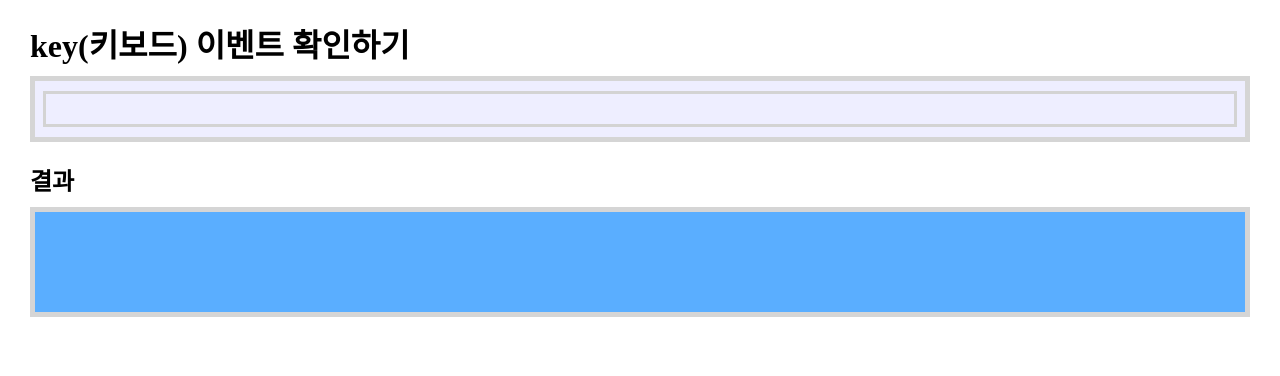
Repository: rwanda95do/bitcamp
Page: jQuery/src/main/webapp/02_jQueryEvent/exam06.html
These files come from the project's save history. The page is drawn as it stood at one moment and after the next save; the edit follows.
The browser window is 1280 px wide. The pictures show the whole page.

Above is the page before, as saved 2024-08-23 00:51:55.

After the next save:
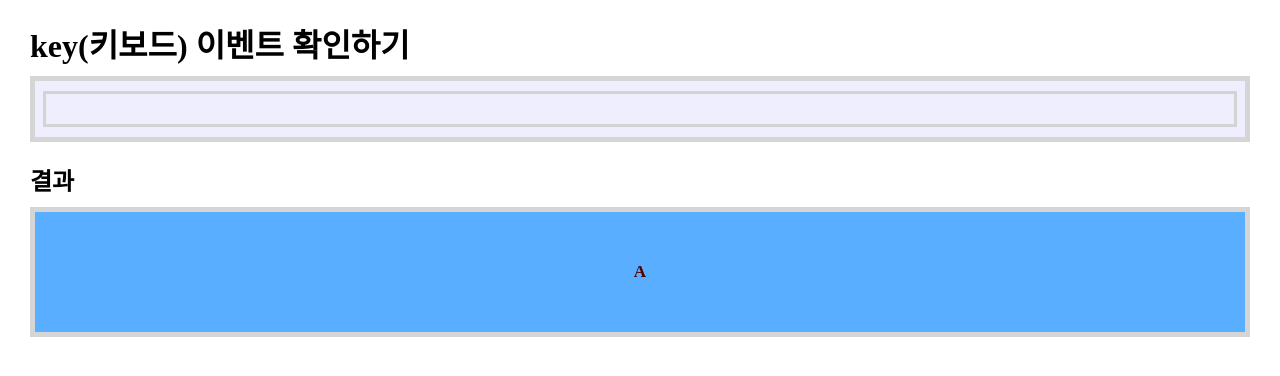
Saved 4 min 15 s later.
--- a/jQuery/src/main/webapp/02_jQueryEvent/exam06.html
+++ b/jQuery/src/main/webapp/02_jQueryEvent/exam06.html
@@ -35,14 +35,16 @@
 		{code: 27, name: "esc"},
 		{code: 65, name: "A"},
 		{code: 97, name: "a"},
-
-
 	];
 
+	for(let i=0; i<keyMap.length; i++){
+		if(keyMap[i].code == keyCode)
+			return keyMap[i].name
+	}
 }
 
 $(function () {	// <body>를 다 읽은 후에 실행
-
+	$('#result').html(getKeyName(65));
 });
 </script>
 

After the 2 saves that followed:
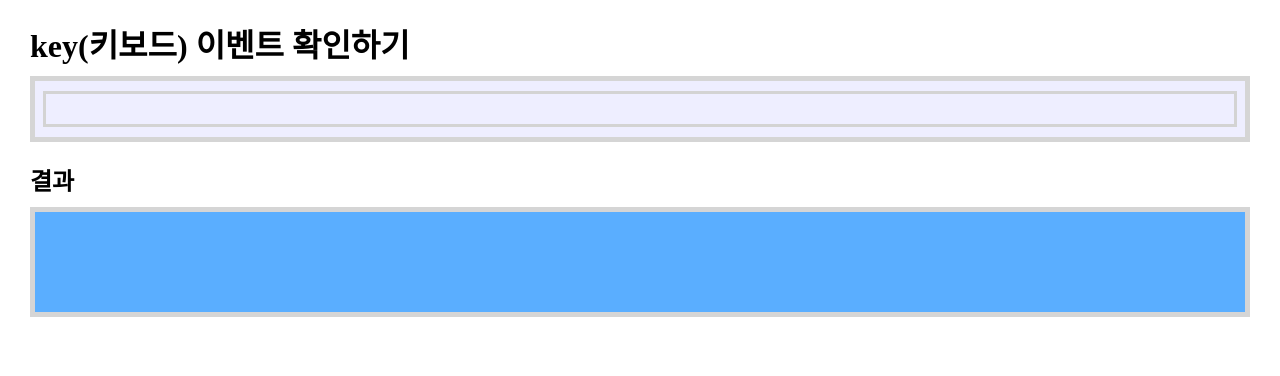
The 2 saves are shown as one change because 1 left the picture as it was.
The last was saved 6 min 48 s later.
--- a/jQuery/src/main/webapp/02_jQueryEvent/exam06.html
+++ b/jQuery/src/main/webapp/02_jQueryEvent/exam06.html
@@ -34,7 +34,7 @@
 		{code: 25, name: "hanja"},
 		{code: 27, name: "esc"},
 		{code: 65, name: "A"},
-		{code: 97, name: "a"},
+		{code: 97, name: "a"}
 	];
 
 	for(let i=0; i<keyMap.length; i++){
@@ -44,7 +44,10 @@
 }
 
 $(function () {	// <body>를 다 읽은 후에 실행
-	$('#result').html(getKeyName(65));
+	$('#input > input[type="text"]').keydown(function(e) {
+		$('#result').html(e.which + '번 키 누름 &gt&gt' + getKeyName(e.whicj) );
+	});
+
 });
 </script>
 
